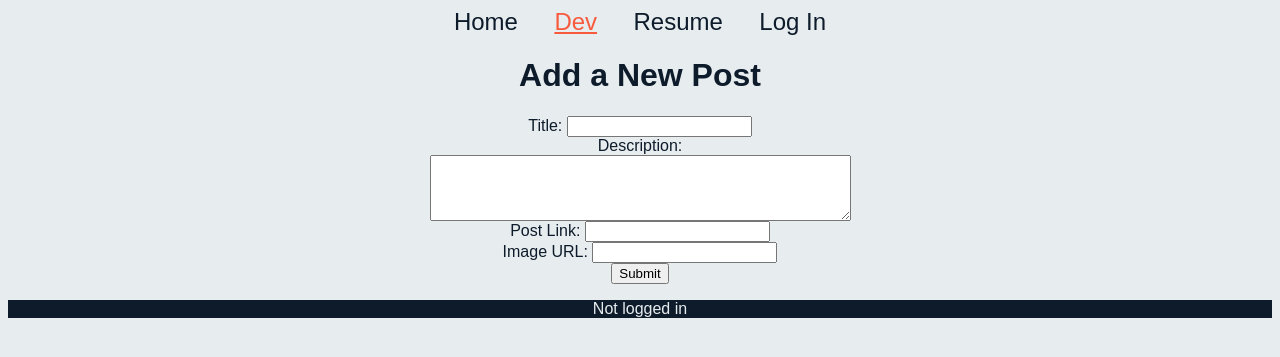
Repository: eghere-bsu/ethanghere-website
Page: http://localhost/dev.php
An editor plug-in stored every save of this project. The page is shown before and after the next save, followed by the edit.
The browser window is 1280 px wide. The pictures show the whole page.
The page is run by PHP 8.4 with error messages shown; the project is at /var/www/html/.

Above is the page before, as saved 2023-11-06 14:37:27.

After the next save:
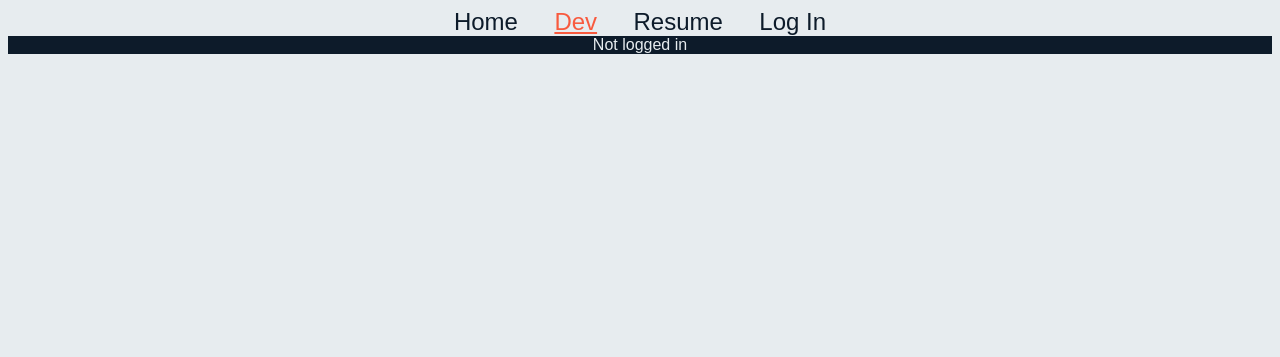
Saved 14 s later.
--- a/dev.php
+++ b/dev.php
@@ -11,7 +11,7 @@
       }
    }
 ?>
-<body>
+<div class="toggle">
    <h1>Add a New Post</h1>
    <form id ="hiddenForm" action="post_handler.php" method="post" enctype="multipart/form-data">
       <label for="title">Title:</label>
@@ -28,7 +28,7 @@
 
       <input type="submit" value="Submit">
    </form>
-</body>
+</div>
 <?php
    require_once 'footer.php';
 ?>
